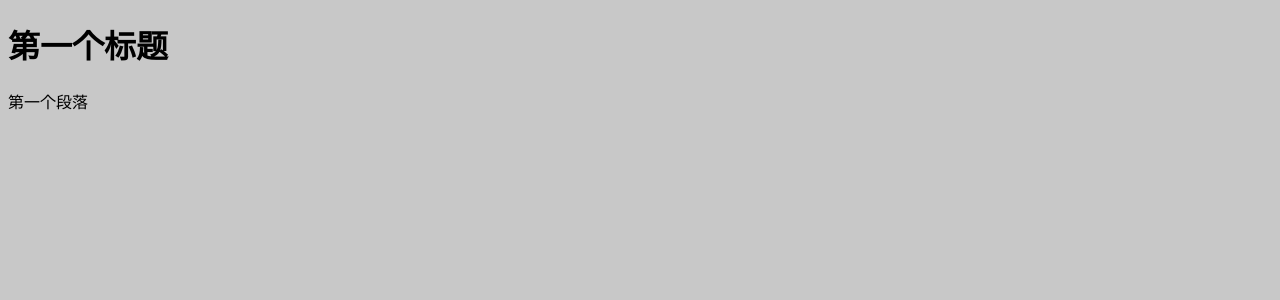
Repository: sjtu-course/homework
Page: GongZening/Week2/Web/LoginPage.html
The author's editor kept a copy of each file at every save. The page is drawn from the files as they stood at one save, then again after the next save.
The browser window is 1280 px wide. The pictures show the whole page.

Above is the page before, as saved 2020-10-31 16:36:24.

### GongZening/Week2/Web/LoginPage.html
<!DOCTYPE html>
<html>
    <head>
        <meta charset="utf-8">
        <title>LoginPage</title>

    </head>
    <body style="background-color: #c8c8c8;">
        <h1>
            第一个标题
        </h1>
        <p>
            第一个段落
        </p>
    </body>
</html>

After the next save:
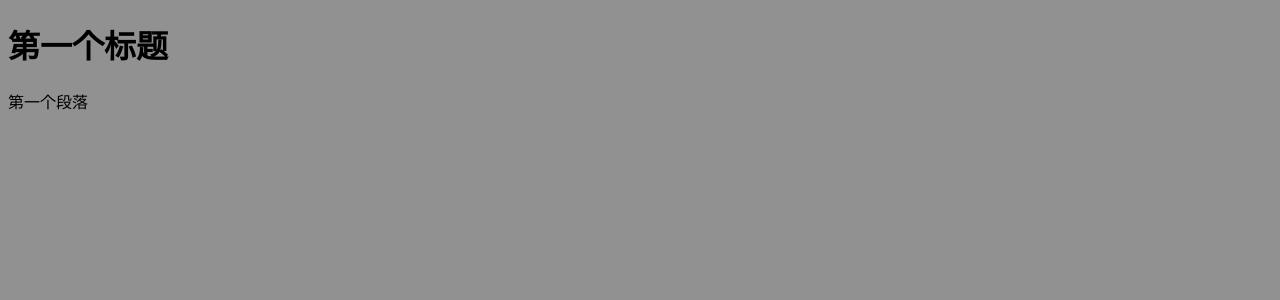
Saved 4 min 1 s later.
--- a/GongZening/Week2/Web/LoginPage.html
+++ b/GongZening/Week2/Web/LoginPage.html
@@ -5,7 +5,7 @@
         <title>LoginPage</title>
 
     </head>
-    <body style="background-color: #c8c8c8;">
+    <body style="background-color: #919191;">
         <h1>
             第一个标题
         </h1>
